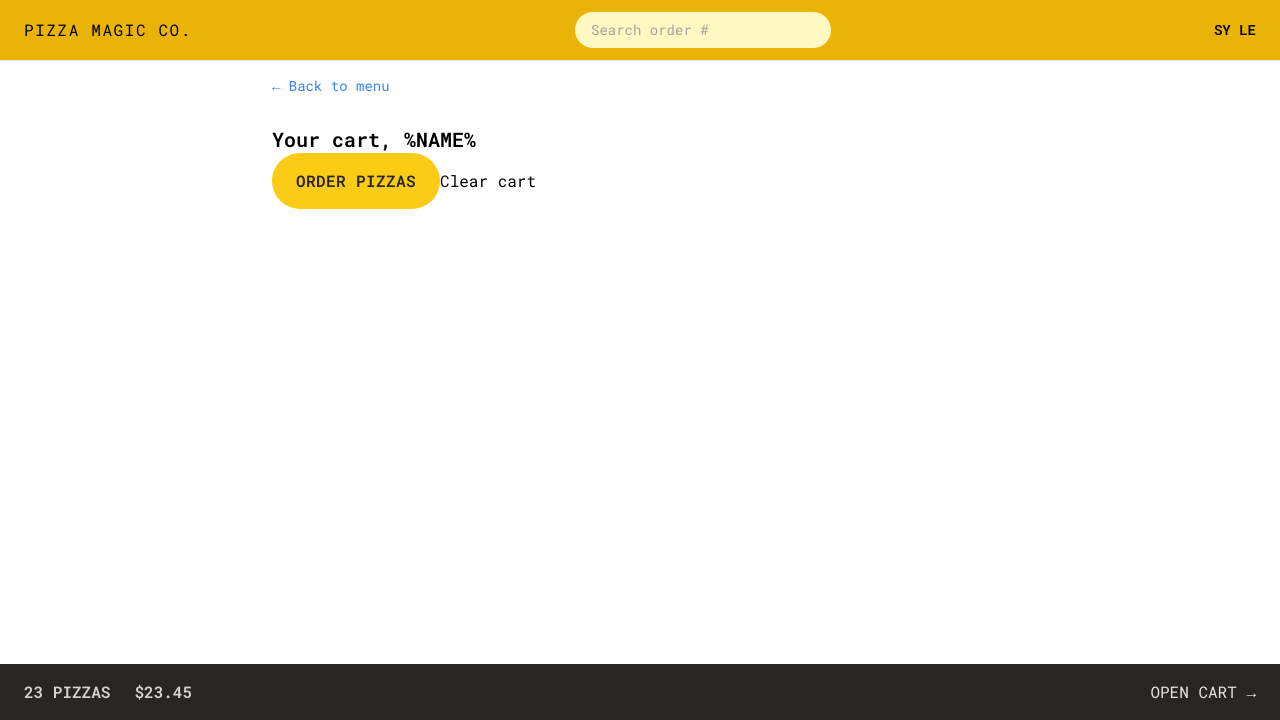
Repository: SyLe-Van/The-Pizza-Magic-web
Page: /cart
These files come from the project's save history. The page is drawn as it stood at one moment and after the next save; the edit follows.
The browser window is 1280 px wide. The pictures show the whole page.
The project was rebuilt for these pictures with package versions that can differ from the ones it lists, and the page was loaded fresh each time. Also part of the build but not shown: vite.config.js, src/features/user/CreateUser.jsx, src/ui/Home.jsx, src/ui/Loader.jsx, src/services/apiRestaurant.js, src/features/menu/Menu.jsx, src/ui/Error.jsx, src/features/order/CreateOrder.jsx and 1 more. Imported but missing from the stored project, and not drawn on this page: src/features/menu/MenuItem.

Above is the page before, as saved 2024-07-28 18:17:17.

### index.html
<!doctype html>
<html lang="en">
  <head>
    <meta charset="UTF-8" />
    <link rel="icon" type="image/svg+xml" href="/vite.svg" />
    <meta name="viewport" content="width=device-width, initial-scale=1.0" />
    <link rel="preconnect" href="https://fonts.googleapis.com">
    <link rel="preconnect" href="https://fonts.gstatic.com" crossorigin>
    <link href="https://fonts.googleapis.com/css2?family=Roboto+Mono:ital,wght@0,100..700;1,100..700&display=swap"
      rel="stylesheet">
    <title>Vite + React</title>
  </head>
  <body clas="bg-stone-100 text-stone-700">
    <div id="root"></div>
    <script type="module" src="/src/main.jsx"></script>
  </body>
</html>

### src/App.jsx
import {RouterProvider, createBrowserRouter } from "react-router-dom"
import Home from "./ui/Home"
import AppLayout from "./ui/AppLayout"
import Menu, {loader as menuLoader} from "./features/menu/Menu"
import Cart from "./features/cart/Cart"
import Error from "./ui/Error"
import CreateOrder, {action as CreateOrderAction} from "./features/order/CreateOrder"
import Order, {loader as orderLoader} from "./features/order/Order"
const router = createBrowserRouter([
  {
    element: <AppLayout />,
    errorElement: <Error />,
    children: [
      {
        path: "/",
        element: <Home />
      },
      {
        path: "/menu",
        element: <Menu />,
        loader: menuLoader,
        errorElement: <Error />,
      },
      {
        path: "/cart",
        element: <Cart />
      },
      {
        path: "/order/new",
        element: <CreateOrder />,
        action: CreateOrderAction,
      },
      {
        path: "/order/:orderId",
        element: <Order />,
        loader: orderLoader,
        errorElement: <Error />,
      }
    ]
  },


])

export default function App() {
  return <RouterProvider router={router} />
}

### src/index.css
@tailwind base;
@tailwind components;
@tailwind utilities;

@layer components {
  .input{
    @apply
      rounded-full
       md:px-6 md:py-3
        focus:ring
        focus:ring-yellow-400
         focus:outline-none
          border
           border-stone-200
            w-full px-4 py-2
            text-sm transition-all
             duration-300
              placeholder:text-stone-400
               bg-slate-300

  }
    .loader {
      width: 45px;
      aspect-ratio: 0.75;
      --c: no-repeat linear-gradient(theme(colors.stone.800) 0 0);
      background: var(--c) 0% 50%, var(--c) 50% 50%, var(--c) 100% 50%;
      background-size: 20% 50%;
      animation: loading 1s infinite linear;
    }

    @keyframes loading {
      20% {
        background-position: 0% 0%, 50% 50%, 100% 50%;
      }

      40% {
        background-position: 0% 100%, 50% 0%, 100% 50%;
      }

      60% {
        background-position: 0% 50%, 50% 100%, 100% 0%;
      }

      80% {
        background-position: 0% 50%, 50% 50%, 100% 100%;
      }
    }
}
/* body {
  font-family: system-ui, -apple-system, BlinkMacSystemFont, 'Segoe UI', Roboto,
    Oxygen, Ubuntu, Cantarell, 'Open Sans', 'Helvetica Neue', sans-serif;
  background-color: #f7f7f7;
  color: #444;
}

.layout {
  display: grid;
  grid-template-rows: auto 1fr auto;
  gap: 32px;
  height: 100dvh;

} */

/* https://dev.to/afif/i-made-100-css-loaders-for-your-next-project-4eje */

### src/ui/AppLayout.jsx
import { Outlet, useNavigation } from "react-router-dom";
import CartOverview from "../features/cart/CartOverview";
import Header from "./Header";
import Loader from "./Loader";
export default function AppLayout() {
    const navigation = useNavigation()
    const isLoading = navigation.state === "loading"
    return (
        <div className="grid h-screen grid-rows-[auto_1fr_auto]">
            {isLoading && <Loader />}
            <Header />
            <div className="overflow-scroll">
                <main className="mx-auto max-w-3xl ">
                    <Outlet />
                </main>
            </div>
            <CartOverview />
        </div>
    )
}

### src/features/cart/Cart.jsx
import { Link } from 'react-router-dom';
import LinkButton from '../../ui/LinkButton';
import Button from '../../ui/Button';
const fakeCart = [
  {
    pizzaId: 12,
    name: 'Mediterranean',
    quantity: 2,
    unitPrice: 16,
    totalPrice: 32,
  },
  {
    pizzaId: 6,
    name: 'Vegetale',
    quantity: 1,
    unitPrice: 13,
    totalPrice: 13,
  },
  {
    pizzaId: 11,
    name: 'Spinach and Mushroom',
    quantity: 1,
    unitPrice: 15,
    totalPrice: 15,
  },
];

function Cart() {
  const cart = fakeCart;

  return (
    <div className='py-3 px-4 '>
      <LinkButton to="/menu">&larr; Back to menu</LinkButton>
      <h2 className='mt-7 text-xl font-semibold'>Your cart, %NAME%</h2>
      <div>
        <Button type="primary" to="/order/new">Order pizzas</Button>

        <button>Clear cart</button>
      </div>
    </div>
  );
}

export default Cart;

### src/features/cart/CartOverview.jsx
import { Link } from "react-router-dom";

export default function CartOverview() {
  return (
    <div className="bg-stone-800 text-stone-200 py-4 justify-between uppercase  px-4 sm:px-6 md:text-base flex items-center">
      <p className="text-stone-300 font-semibold space-x-4 sm:space-x-6">
        <span>23 pizzas</span>
        <span>$23.45</span>
      </p>
      <Link to='/cart'>Open cart &rarr;</Link>
    </div>
  );
}

### src/ui/Header.jsx
import { Link } from "react-router-dom";
import Username from "../features/user/Username";
import SearchOrder from "../features/order/SearchOrder";

export default function Header() {
    return (
        <header className="bg-yellow-500  flex items-center justify-between uppercase py-3 px-4 border-b border-stone-200 sm:px-6">
            <Link className="tracking-widest" to="/">Pizza Magic Co.</Link>
            <SearchOrder />

            <Username />

        </header>
    )
}

### src/ui/LinkButton.jsx
import {Link, useNavigate } from 'react-router-dom';
function LinkButton({ children, to }) {
    const navigatate = useNavigate();
    const className = "text-sm text-blue-500 hover:text-blue-600 hover:underline"
    if(to === '-1') {
        return (
            <button className={className} onClick={() => navigatate(-1)}>
            {children}
          </button>
        );
    }
  return (
      <Link to={to} className={className}>
          {children}
    </Link>
  );
}

export default LinkButton;

### src/ui/Button.jsx
import { Link } from "react-router-dom";
function Button({ children, disabled, to , type}) {

    const base = "bg-yellow-400 focus:outline-none focus:ring-offset-2 focus:ring focus:ring-yellow-300 focus:bg-yellow-300 duration-300 transition-colors uppercase font-semibold   text-stone-800 inline-block  tracking-wide rounded-full hover:bg-yellow-300 disabled:cursor-not-allowed "
    const styles = {
        primary: base + "py-3 px-4 md:px-6 md:py-4",
        small: base + "px-4 py-2 md:px-5 md:py-2.5 text-xs"
    }
    if (to) {
        return <Link className={styles[type]} to={to}>{children}</Link>
    }
    return <button disabled={disabled} className={styles[type]}>
      {children}
  </button>
}
export default Button;

### src/features/user/Username.jsx
function Username() {
    return (
        <div className="text-sm hidden font-semibold md:block">Sy Le</div>
    )
}

export default Username;

### src/features/order/SearchOrder.jsx
import {useState} from 'react';
import { useNavigate } from 'react-router-dom';
export default function SearchOrder() {
    const [query, setQuery] = useState("");
    const navigate = useNavigate()

    function handleSubmit(e) {
        e.preventDefault();
        if (!query) return;
        navigate('/order/' + query)
        setQuery("")
    }
    return (
        <form onSubmit={handleSubmit}>
            <input  placeholder="Search order #"
                value={query}
                onChange={e => setQuery(e.target.value)}
                className='w-28 transition-all duration-300 focus:ring-opacity-50 rounded-full bg-yellow-100 px-4 py-2 text-sm placeholder:text-stone-400 sm:w-64 sm:focus:focus:w-72 focus:outline-none focus:ring focus:ring-yellow-500'
            />
        </form>
    )
}

### tailwind.config.js
/** @type {import('tailwindcss').Config} */
module.exports = {
  content: ["./index.html", "./src/**/*.{html,js,jsx,tsx}"],
  theme: {
    fontFamily: {
      sans: "Roboto Mono, monospace",
    },

    extend: {
      fontSize: {
        huge: ["8rem", { lineHeight: "1" }],
      },
      height: {
        screen: "100dvh",
      },
    },
  },
  plugins: [],
};

### src/features/cart/CartItem.jsx
import { formatCurrency } from "../../utils/helpers";
function CartItem({ item }) {
  const { pizzaId, name, quantity, totalPrice } = item;

  return (
    <li>
      <p>
        {quantity}&times; {name}
      </p>
      <div>
        <p>{formatCurrency(totalPrice)}</p>
      </div>
    </li>
  );
}

export default CartItem;

Loaded but not shown: src/main.jsx (common file); src/utils/helpers.js (common file)

After the next save:
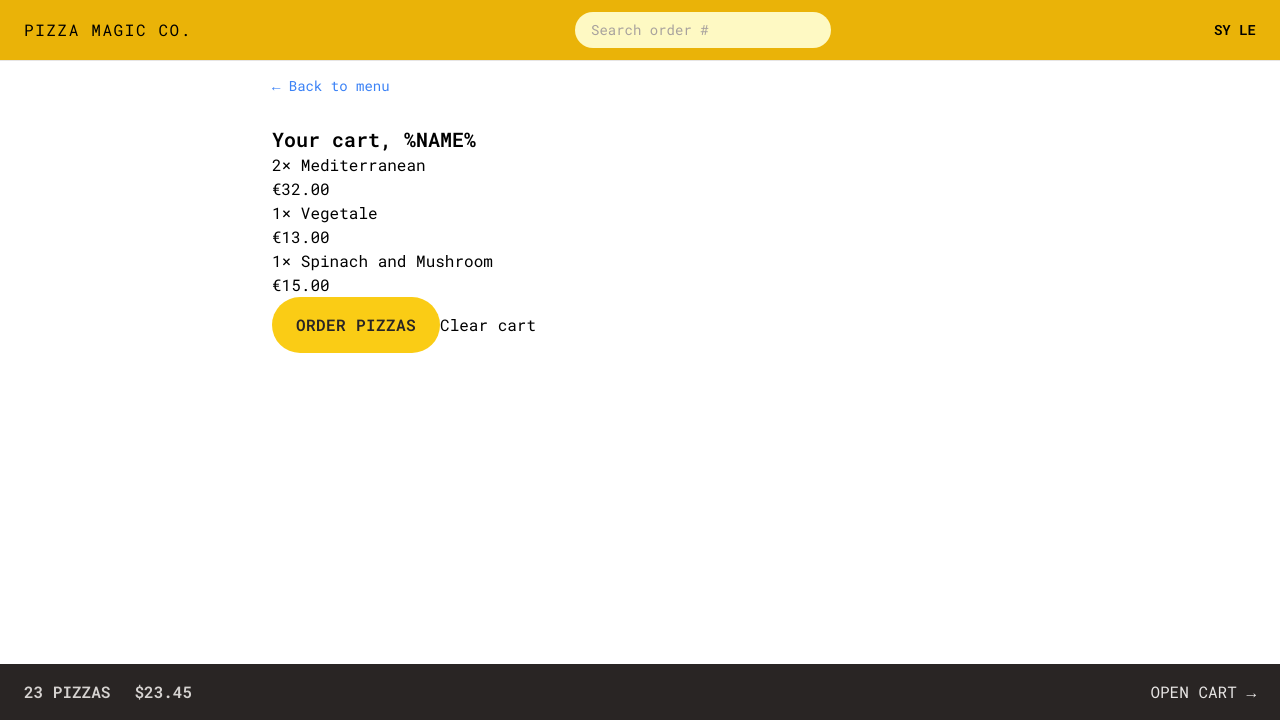
Saved 55 s later.
--- a/src/features/cart/Cart.jsx
+++ b/src/features/cart/Cart.jsx
@@ -1,6 +1,7 @@
 import { Link } from 'react-router-dom';
 import LinkButton from '../../ui/LinkButton';
 import Button from '../../ui/Button';
+import CartItem from './CartItem';
 const fakeCart = [
   {
     pizzaId: 12,
@@ -32,6 +33,9 @@ function Cart() {
     <div className='py-3 px-4 '>
       <LinkButton to="/menu">&larr; Back to menu</LinkButton>
       <h2 className='mt-7 text-xl font-semibold'>Your cart, %NAME%</h2>
+      <ul>
+        {cart.map(item => <CartItem item={item} key={item.key} />)}
+      </ul>
       <div>
         <Button type="primary" to="/order/new">Order pizzas</Button>
 
